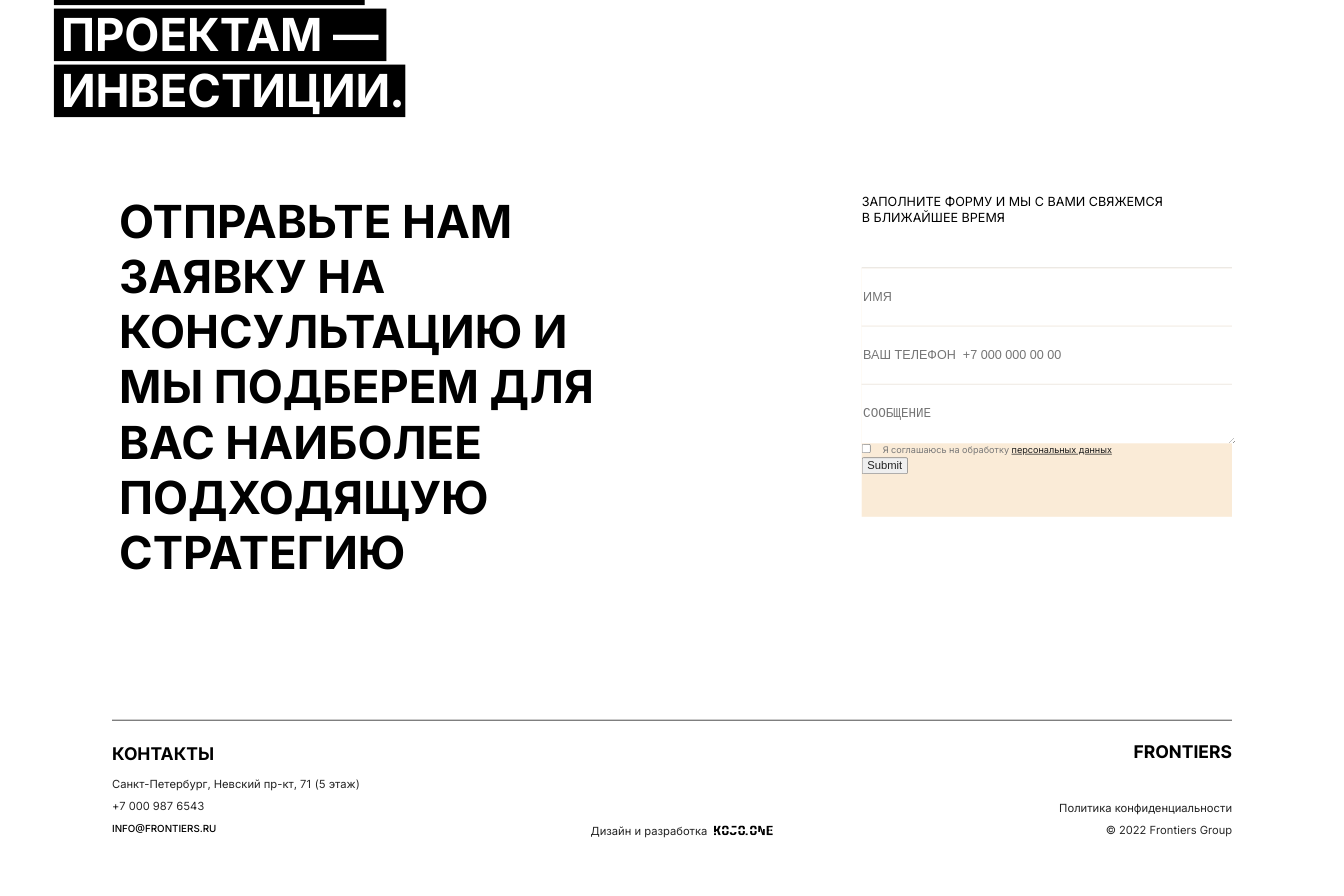
Repository: NadyaKorvin/frontiers
Page: /
The author's editor kept a copy of each file at every save. The page is drawn from the files as they stood at one save, then again after the next save.
The browser window is 1280 px wide. The page is 1920 px wide, so the pictures cover 1920 px, including what lies to the right of the window. The pictures show the part of the page from y = 1385 to 2665 px (the page is 2665 px tall), at 70% of full size.
The project was rebuilt for these pictures with package versions that can differ from the ones it lists, and the page was loaded fresh each time.

Above is the page before, as saved 2022-05-23 18:25:16.

### public/index.html
<!DOCTYPE html>
<html lang="en">
  <head>
    <meta charset="utf-8" />
    <link rel="icon" href="%PUBLIC_URL%/favicon.ico" />
    <meta name="viewport" content="width=device-width, initial-scale=1" />
    <meta name="theme-color" content="#000000" />
    <meta name="description" content="Web site created using create-react-app" />
    <link rel="apple-touch-icon" href="%PUBLIC_URL%/logo192.png" />
    <link rel="manifest" href="%PUBLIC_URL%/manifest.json" />
    <link rel="preconnect" href="https://fonts.googleapis.com" />
    <link rel="preconnect" href="https://fonts.gstatic.com" crossorigin />
    <link href="https://fonts.googleapis.com/css2?family=Inter:wght@300;400;500;700&display=swap" rel="stylesheet" />
    <title>FRONTIERS</title>
  </head>
  <body>
    <noscript>You need to enable JavaScript to run this app.</noscript>
    <div id="root"></div>
  </body>
</html>

### src/index.js
import React from "react"
import ReactDOM from "react-dom/client"

import App from "./App"

const root = ReactDOM.createRoot(document.getElementById("root"))
root.render(
  <React.StrictMode>
    <App />
  </React.StrictMode>
)

### src/App.js
import { useState } from "react";
import "./App.css";
import { SecondScreenAnimation } from "./components/secondScreen/SecondScreenAnimation";
import FirstScreenAnimation from "./components/firstScreen/FirstScreenAnimation";
import LastScreenAnimation from "./components/lastScreen/LastScreenAnimation"

function App() {
  const [mousePosition, setMousePosition] = useState("");

  const listenUpperMousePosition = (event) => {
    console.log(event);
    console.log(event.target);
    setMousePosition(event.target);
  };

  return (
    <>
      <FirstScreenAnimation />
      <div className="App">
        <SecondScreenAnimation listenMousePosition={listenUpperMousePosition} />
      </div>
      <LastScreenAnimation />
    </>
  );
}
export default App;

### src/App.css
@import url("./reset.css");
@import url("./components/secondScreen/SecondScreen.css");
@import url("./font/font.css");

body {
  font-family: "Inter";
}

### src/components/secondScreen/SecondScreenAnimation.js
export function SecondScreenAnimation({ listenMousePosition, mousePosition }) {
  let goUp = ""
  const goUpBlackLines = (mousePosition) => {
    if (mousePosition === "animation__text_first_part") {
      goUp = "up"
      return goUp
    }
  }
  goUpBlackLines(mousePosition)
  console.log(goUp)
  return (
    <div className="animation__text_block">
      {goUp != "up" ? (
        <div>
          <div className="animation__text" onMouseOver={listenMousePosition}>
            <p className="animation__text_first_part">Инвесторам сложно найти хорошие проекты,</p>
            <p className="animation__text_second_part">а хорошим проектам — инвестиции.</p>
          </div>
          <div className="animation__black_lines">
            <div className="animation__1th_black_line"></div>
            <div className="animation__2th_black_line"></div>
            <div className="animation__3th_black_line"></div>
          </div>
        </div>
      ) : (
        <div>
          <div className="animation__text" onMouseOver={listenMousePosition}>
            <p className="animation__text_first_part" style={{ color: "#fff" }}>
              Инвесторам сложно найти хорошие проекты,
            </p>
            <p className="animation__text_second_part" style={{ color: "#000" }}>
              а хорошим проектам — инвестиции.
            </p>
          </div>
          <div className="animation__black_lines">
            <div className="animation__1th_black_line" style={{ width: "484px", marginTop: "-475px" }}></div>
            <div className="animation__2th_black_line" style={{ width: "586px" }}></div>
            <div className="animation__3th_black_line" style={{ width: "722px" }}></div>
          </div>
        </div>
      )}
    </div>
  )
}

### src/components/firstScreen/FirstScreenAnimation.js
import React from "react";
import style from "./FirstScreen.module.css";
import image from "../../images/image.webp";

export default function FirstScreenAnimation() {
  const pointer = (
    <svg
      width="8"
      height="101"
      viewBox="0 0 8 101"
      fill="none"
      xmlns="http://www.w3.org/2000/svg"
    >
      <path
        d="M4.35355 100.356C4.15829 100.551 3.84171 100.551 3.64645 100.356L0.464466 97.1735C0.269204 96.9783 0.269204 96.6617 0.464466 96.4664C0.659728 96.2712 0.976311 96.2712 1.17157 96.4664L4 99.2948L6.82843 96.4664C7.02369 96.2712 7.34027 96.2712 7.53553 96.4664C7.7308 96.6617 7.7308 96.9783 7.53553 97.1735L4.35355 100.356ZM3.5 100.002L3.5 0.00195312H4.5L4.5 100.002H3.5Z"
        fill="black"
      />
    </svg>
  );

  return (
    <>
      <section className={style.first__screen}>
        <header className={style.header}>
          <div className={style.logotype}>FRONTIERS</div>
          <nav className={style.nav__sidebar}>
            <ul>Агенство</ul>
            <ul>Кейсы</ul>
            <ul>Услуги</ul>
            <ul>Контакты</ul>
          </nav>
          <div className={style.button}>
            <p className={style.text__btn}>Получить консультацию</p>
          </div>
        </header>
        <div className={style.content}>
          <p>ИНВЕСТИЦИИ</p>
          <p>НЕ</p>
          <p>СЛОЖНО</p>
          <p>
            Мы помогли заработать более 50 млн рублей частным инвесторам в 2021
            году на вложениях в российский бизнес
          </p>
          <p>ПРОКРУТИ ВНИЗ</p>
          <div className={style.content__pointer}>{pointer}</div>
          <img src={image} alt="" />
        </div>
      </section>
    </>
  );
}

### src/components/lastScreen/LastScreenAnimation.js
import React from "react";
import style from "./LastScreen.module.css";
import Form from "./Form"
import Kojo from "../../images/Kojo"

export default function LastScreenAnimation() {
  return (
    <>
      <section className={style.last__screen}>
        <div className={style.wrapper}>
          <div className={style.left__content}>
            <p>
              ОТПРАВЬТЕ НАМ ЗАЯВКУ НА КОНСУЛЬТАЦИЮ И МЫ ПОДБЕРЕМ ДЛЯ ВАС
              НАИБОЛЕЕ ПОДХОДЯЩУЮ СТРАТЕГИЮ
            </p>
          </div>
          <div className={style.right__content}>
            <div className={style.text__form}>
              <p>ЗАПОЛНИТЕ ФОРМУ И МЫ С ВАМИ СВЯЖЕМСЯ В БЛИЖАЙШЕЕ ВРЕМЯ</p>
            </div>
            <Form />
          </div>
        </div>
        <footer className={style.footer}>
          <div className={style.contact}>
            <p>КОНТАКТЫ</p>
            <p>Санкт-Петербург, Невский пр-кт, 71 (5 этаж)</p>
            <p>+7 000 987 6543</p>
            <p><a href="mailto:info@frontiers.ru" ></a>info@frontiers.ru</p>
          </div>
          <div className={style.design}>
            <p>Дизайн и разработка</p>
            <Kojo />
          </div>
          <div className={style.frontiers}>
            <p>FRONTIERS</p>
            <p>Политика конфиденциальности</p>
            <p>© 2022 Frontiers Group</p>
          </div>
        </footer>
      </section>
    </>
  );
}

### src/reset.css
html,
body,
div,
span,
applet,
object,
iframe,
h1,
h2,
h3,
h4,
h5,
h6,
p,
blockquote,
pre,
a,
abbr,
acronym,
address,
big,
cite,
code,
del,
dfn,
em,
img,
ins,
kbd,
q,
s,
samp,
small,
strike,
strong,
sub,
sup,
tt,
var,
b,
u,
i,
center,
dl,
dt,
dd,
ol,
ul,
li,
fieldset,
form,
label,
legend,
table,
caption,
tbody,
tfoot,
thead,
tr,
th,
td,
article,
aside,
canvas,
details,
embed,
figure,
figcaption,
footer,
header,
hgroup,
menu,
nav,
output,
ruby,
section,
summary,
time,
mark,
audio,
video {
  margin: 0;
  padding: 0;
  border: 0;
  font-size: 100%;
  font: inherit;
  vertical-align: baseline;
}

:focus {
  outline: 0;
}

article,
aside,
details,
figcaption,
figure,
footer,
header,
hgroup,
menu,
nav,
section {
  display: block;
}

body {
  line-height: 1;
}

ol,
ul {
  list-style: none;
}

blockquote,
q {
  quotes: none;
}

blockquote:before,
blockquote:after,
q:before,
q:after {
  content: "";
  content: none;
}

table {
  border-collapse: collapse;
  border-spacing: 0;
}

input[type="search"]::-webkit-search-cancel-button,
input[type="search"]::-webkit-search-decoration,
input[type="search"]::-webkit-search-results-button,
input[type="search"]::-webkit-search-results-decoration {
  -webkit-appearance: none;
  -moz-appearance: none;
}

input[type="search"] {
  -webkit-appearance: none;
  -moz-appearance: none;
  -webkit-box-sizing: content-box;
  -moz-box-sizing: content-box;
  box-sizing: content-box;
}

textarea {
  overflow: auto;
  vertical-align: top;
  resize: vertical;
}

[hidden] {
  display: none;
}

html {
  font-size: 100%; /* 1 */
  -webkit-text-size-adjust: 100%; /* 2 */
  -ms-text-size-adjust: 100%; /* 2 */
}

a:focus {
  outline: thin dotted;
}

a:active,
a:hover {
  outline: 0;
}

img {
  border: 0;
  -ms-interpolation-mode: bicubic;
}

figure {
  margin: 0;
}

form {
  margin: 0;
}

fieldset {
  border: 1px solid #c0c0c0;
  margin: 0 2px;
  padding: 0.35em 0.625em 0.75em;
}

legend {
  border: 0; /* 1 */
  padding: 0;
  white-space: normal; /* 2 */
  *margin-left: -7px; /* 3 */
}

button,
input,
select,
textarea {
  font-size: 100%; /* 1 */
  margin: 0; /* 2 */
  vertical-align: baseline; /* 3 */
  *vertical-align: middle; /* 3 */
}

button,
input {
  line-height: normal;
}

button,
select {
  text-transform: none;
}

button,
html input[type="button"], /* 1 */
input[type="reset"],
input[type="submit"] {
  -webkit-appearance: button; /* 2 */
  cursor: pointer; /* 3 */
  *overflow: visible; /* 4 */
}

button[disabled],
html input[disabled] {
  cursor: default;
}

input[type="checkbox"],
input[type="radio"] {
  box-sizing: border-box; /* 1 */
  padding: 0; /* 2 */
  *height: 13px; /* 3 */
  *width: 13px; /* 3 */
}

input[type="search"] {
  -webkit-appearance: textfield; /* 1 */
  -moz-box-sizing: content-box;
  -webkit-box-sizing: content-box; /* 2 */
  box-sizing: content-box;
}

input[type="search"]::-webkit-search-cancel-button,
input[type="search"]::-webkit-search-decoration {
  -webkit-appearance: none;
}

button::-moz-focus-inner,
input::-moz-focus-inner {
  border: 0;
  padding: 0;
}

textarea {
  overflow: auto; /* 1 */
  vertical-align: top; /* 2 */
}

table {
  border-collapse: collapse;
  border-spacing: 0;
}

html,
button,
input,
select,
textarea {
  color: #222;
}

::-moz-selection {
  background: #b3d4fc;
  text-shadow: none;
}

::selection {
  background: #b3d4fc;
  text-shadow: none;
}

img {
  vertical-align: middle;
}

fieldset {
  border: 0;
  margin: 0;
  padding: 0;
}

textarea {
  resize: vertical;
}

.chromeframe {
  margin: 0.2em 0;
  background: #ccc;
  color: #000;
  padding: 0.2em 0;
}

### src/components/secondScreen/SecondScreen.css
.second__screen_main {
  display: flex;
  justify-content: space-between;
  margin: 0 auto;
  margin-top: 174px;
  /* придкмать решение сделать по центру*/
  display: flex;
  width: 1600px;
  height: 733px;
}

.animation__text_block {
  display: block;
  margin-left: 87px;
}

.animation__text_first_part,
.animation__text_second_part {
  width: 770px;
  text-transform: uppercase;
  font-size: 65px;
  font-weight: 700;
  line-height: 79px;
  transition: 0.6s ease-out;
}

.animation__text_second_part {
  color: #fff;
}

.animation__black_lines {
  margin-left: -10px;
  margin-top: -236px;
}

.animation__1th_black_line {
  margin-bottom: 5px;
  height: 75px;
  width: 444px;
  background-color: #000;
  transition: 0.6s ease-out;
}

.animation__2th_black_line {
  margin-bottom: 5px;
  height: 75px;
  width: 475px;
  background-color: #000;
  transition: 0.6s ease-out;
}
.animation__3th_black_line {
  height: 75px;
  width: 502px;
  background-color: #000;
  transition: 0.6s ease-out;
}

.right__part {
  display: flex;
  margin-left: 190px;
  flex-direction: column;
}

.conversation__image {
  margin-right: 222px;
  display: block;
  width: 400px;
  height: 400px;
  background: url("../secondScreen/people.png");
}

.decoration_marks {
  margin-top: -110px;
  transform: rotate(-180deg);
  font-size: 200px;
  font-weight: 300;
}

.text_paragraph {
  margin-left: 90px;
  width: 431px;
  font-size: 18px;
  font-weight: 400;
  line-height: 23px;
  text-transform: uppercase;
  line-height: 130%;
}

### src/font/font.css
@font-face {
  font-family: "Inter";
  src:
    url("./Inter-Bold.ttf") format("truetype")
    url("./Inter-Bold.woff2") format("woff2"),
    url("./Inter-Bold.woff") format("woff");
  font-weight: 700;
  font-style: normal;
  font-stretch: normal;
  unicode-range: U+0020-E0D0;
}

@font-face {
  font-family: "Inter";
  src:
    url("./Inter-Regular.woff2") format("woff2"),
    url("./Inter-Regular.ttf") format("truetype")
    url("./Inter-Regular.woff") format("woff");
  font-weight: 400;
  font-style: normal;
  font-stretch: normal;
  unicode-range: U+0020-E0D0;
}

@font-face {
    font-family:'Inter Medium';
    src:
        url("./Inter-Medium.ttf") format("truetype")
        url('Inter-Medium.woff2') format('woff2'),
		url('Inter-Medium.woff') format('woff');
    font-weight: 500;
    font-style: normal;
    font-stretch: normal;
    unicode-range: U+0020-E0D0;
}

@font-face {
    font-family:'Inter Light';
    src:
        url("./Inter-Light.ttf") format("truetype")
        url('Inter-Light.woff2') format('woff2'),
		url('Inter-Light.woff') format('woff');
    font-weight: 300;
    font-style: normal;
    font-stretch: normal;
    unicode-range: U+0020-E0D0;
}

### src/components/firstScreen/FirstScreen.module.css
.first__screen {
  width: 1920px;
  height: 1080px;
}

.header {
  width: 1600px;
  height: 82px;
  margin: 0 160px;
  border-bottom: 1px solid #000000;
  display: flex;
}

.logotype {
  width: 151px;
  height: 30px;
  padding-top: 27px;
  font-family: "Inter";
  font-style: normal;
  font-weight: 700;
  font-size: 25px;
  line-height: 30px;
  letter-spacing: 0.05em;
  color: #000000;
}

.nav__sidebar {
  display: flex;
  justify-content: space-between;
  width: 473px;
  padding-top: 33px;
  padding-left: 633px;
}

.button {
  position: absolute;
  width: 243px;
  height: 45px;
  left: 1517px;
  top: 19px;
  background: #000000;
}

.text__btn {
  padding-top: 12px;
  padding-bottom: 12px;
  font-family: "Inter";
  font-style: normal;
  font-weight: 500;
  font-size: 16px;
  line-height: 19px;
  text-align: center;
  color: #ffffff;
}

.content > p {
  position: absolute;
  font-family: "Inter";
  font-style: normal;
  font-weight: 400;
  font-size: 160px;
  line-height: 194px;
  text-transform: uppercase;
  color: #000000;
}

p:nth-child(1) {
  top: 83px;
  left: 160px;
}

p:nth-child(2) {
  top: 285px;
  left: 1449px;
}

p:nth-child(3) {
  top: 461px;
  left: 568px;
}

p:nth-child(4) {
  width: 265px;
  height: 90px;
  top: 118px;
  left: 1464px;
  box-sizing: content-box;
  font-family: "Inter";
  font-style: normal;
  font-weight: 500;
  font-size: 14px;
  line-height: 130%;
  text-transform: uppercase;
  color: #000000;
}

p:nth-child(5) {
  position: absolute;
  width: 130px;
  height: 17px;
  left: 104px;
  top: 865px;
  font-family: "Inter";
  font-style: normal;
  font-weight: 500;
  font-size: 14px;
  line-height: 17px;
  letter-spacing: 0.05em;
  color: #000000;
  transform: rotate(-90deg);
}

.content__pointer {
    position: absolute;
    top: 876px;
    left: 187px;
}

img {
  position: absolute;
  top: 714px;
  left: 568px;
  width: 1352px;
  height: 366px;
}

### src/components/lastScreen/LastScreen.module.css
.last__screen {
  width: 1920px;
  height: 1080px;
}

.wrapper {
  position: relative;
  top: 109px;
  left: 170px;
  display: flex;
  justify-content: space-between;
  width: 1590px;
  height: 553px;
}

.left__content {
  position: relative;
  width: 775px;
  height: 553px;
  box-sizing: border-box;
  font-family: "Inter";
  font-style: normal;
  font-weight: 700;
  font-size: 65px;
  line-height: 79px;
  text-transform: uppercase;
  color: #000000;
}

.right__content {
  position: relative;
  width: 529px;
  height: 553px;
}

.text__form {
  width: 529px;
  height: 46px;
  left: 1231px;
  top: 4438px;
  font-family: "Inter";
  font-style: normal;
  font-weight: 400;
  font-size: 18px;
  line-height: 130%;
  text-transform: uppercase;
  color: #000000;
}

.footer {
  position: relative;
  margin: 308px 160px 0;
  width: 1600px;
  border-top: 1px solid #000000;
  bottom: 0px;
  display: flex;
  justify-content: space-between;
}

.contact {
  width: 357px;
}

.contact > p:nth-child(1) {
  padding: 33px 0 20px;
  font-family: "Inter";
  font-style: normal;
  font-weight: 700;
  font-size: 25px;
  line-height: 30px;
  color: #000000;
}

.contact > p:nth-child(2),
.contact > p:nth-child(3),
.contact > p:nth-child(4) {
  padding-bottom: 15px;
}

.design {
  padding-top: 150px;
  width: 260px;
  display: flex;
  margin-left: -80px;
  justify-content: space-between;
}

.frontiers {
  width: 250px;
  text-align: end;
}

.frontiers > p:nth-child(1) {
    padding: 30px 0 57px;
    font-family: "Inter";
    font-style: normal;
    font-weight: 700;
    font-size: 25px;
    line-height: 30px;
    color: #000000;
  }

.frontiers > p:nth-child(2),
.frontiers > p:nth-child(3) {
    padding-bottom: 15px;
}

### src/components/lastScreen/Form.js
import React, { useState } from "react";
import { useForm } from "react-hook-form";
import style from "./Form.module.css";

export default function Form() {
  const [checked, setChecked] = useState(false);
  const [isPersonal, setIsPersonal] = useState(false);

  const {
    register,
    formState: { errors, isValid },
    handleSubmit,
    reset,
  } = useForm({
    mode: "onBlur",
  });

  const onSubmit = (data) => {
    alert(JSON.stringify(data));
  };

  const openPersonal = () => {
    setIsPersonal(true);
  };

  return (
    <form
      name="form"
      id="form"
      className={style.form}
      onSubmit={handleSubmit(onSubmit)}
    >
      <input
        name="name"
        {...register("name", {
          required: "Это поле обязательно",
          minLength: {
            value: 2,
            message: "Минимум 2 символа",
          },
          maxLength: {
            value: 50,
            message: "Максимум 50 символов",
          },
        })}
        id="name"
        className={style.input}
        placeholder="Имя"
      />
      <div>
        {errors?.name && (
          <p className={style.focus}>{errors?.name?.message || "Error!"}</p>
        )}
      </div>
      <div className={style.borders} />
      <input
        name="phone"
        {...register("phone", {
          required: "Это поле обязательно",
          pattern: {
            value: /^\+?7(\d{10})$/,
            message: "Введите в формате +7 000 000 00 00",
          },
        })}
        id="phone"
        className={style.input}
        type="tel"
        placeholder="Ваш Телефон  +7 000 000 00 00"
      />
      <div>
        {errors?.phone && (
          <p className={style.focus}>{errors?.phone?.message || "Error!"}</p>
        )}
      </div>
      <div className={style.borders} />
      <textarea
        name="message"
        {...register("message", {
          required: "Это поле обязательно",
          minLength: {
            value: 10,
            message: "Минимум 10 символов",
          },
          maxLength: {
            value: 500,
            message: "Максимум 500 символов",
          },
        })}
        id="message"
        className={style.textarea}
        placeholder="Сообщение"
      />
      <div>
        {errors?.message && (
          <p className={style.focus}>{errors?.message?.message || "Error!"}</p>
        )}
      </div>
      <label className={style.consent}>
        <input
          name="consent"
          type="checkbox"
          checked={checked}
          onChange={() => setChecked(!checked)}
          value={checked}
          {...register("consent", {
            required: "Подтвердите свое согласие для отправки формы",
          })}
          id="consent"
          className={style.checkbox}
        />
        <span
          className={style.checkfake}
          onClick={() => setChecked(!checked)}
        ></span>
        <span className={style.policy_text}>
          Я соглашаюсь на обработку&nbsp;
          <span
            onClick={openPersonal}
            style={{ color: "#1f1f1f", textDecoration: "underline" }}
          >
            персональных данных
          </span>
        </span>
      </label>
      <div className={style.focus_consent}>
        {errors?.consent && <p>{errors?.consent?.message || "Error!"}</p>}
      </div>
      <input type="submit" />
    </form>
  );
}

### src/components/lastScreen/Form.module.css
.form {
  margin-top: 60px;
  width: 529px;
  height: 355px;
  border-top: 1px solid #d1d1d1;
  background-color: antiquewhite;
}

.input,
.textarea {
  width: 529px;
  height: 80px;
  border: 0;
  outline: none;
  font-size: 18px;
  color: #000000;
  text-transform: uppercase;
}

.textarea {
  height: 80px;
  line-height: 80px;
  overflow: hidden;
  /* resize: none; */
}

.borders {
  border-bottom: 1px solid #d1d1d1;
}

.policy_text {
  padding-left: 17px;
  width: 182px;
  height: 40px;
  box-sizing: border-box;
  font-family: "Inter";
  font-style: normal;
  font-weight: 400;
  font-size: 13px;
  line-height: 150%;
  color: #787878;
}

Loaded but not shown: src/images/Kojo.js (76 lines, source omitted)

After the next save:
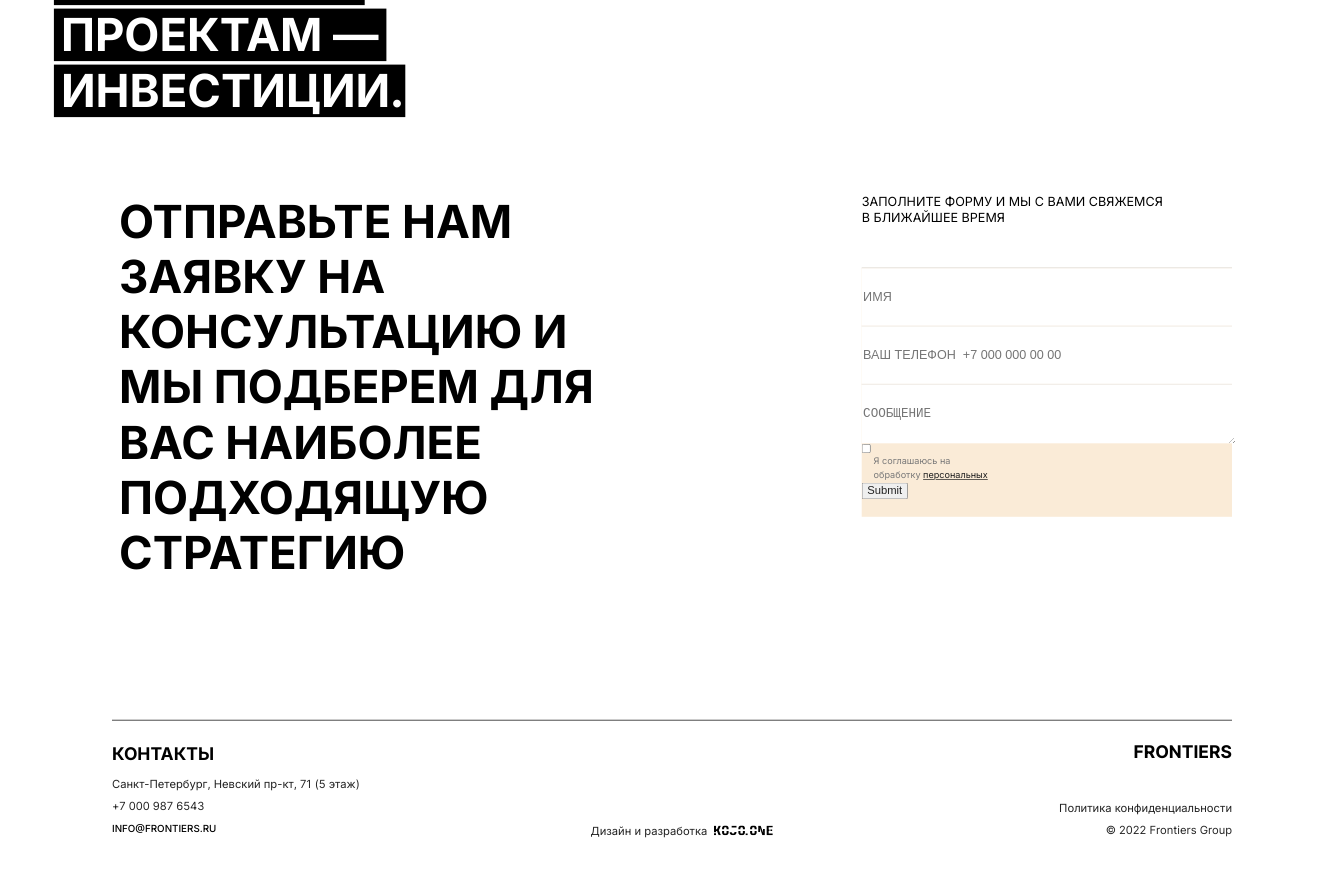
Saved 30 s later.
--- a/src/components/lastScreen/Form.js
+++ b/src/components/lastScreen/Form.js
@@ -112,7 +112,7 @@ export default function Form() {
           className={style.checkfake}
           onClick={() => setChecked(!checked)}
         ></span>
-        <span className={style.policy_text}>
+        <div className={style.policy_text}>
           Я соглашаюсь на обработку&nbsp;
           <span
             onClick={openPersonal}
@@ -120,7 +120,7 @@ export default function Form() {
           >
             персональных данных
           </span>
-        </span>
+        </div>
       </label>
       <div className={style.focus_consent}>
         {errors?.consent && <p>{errors?.consent?.message || "Error!"}</p>}
